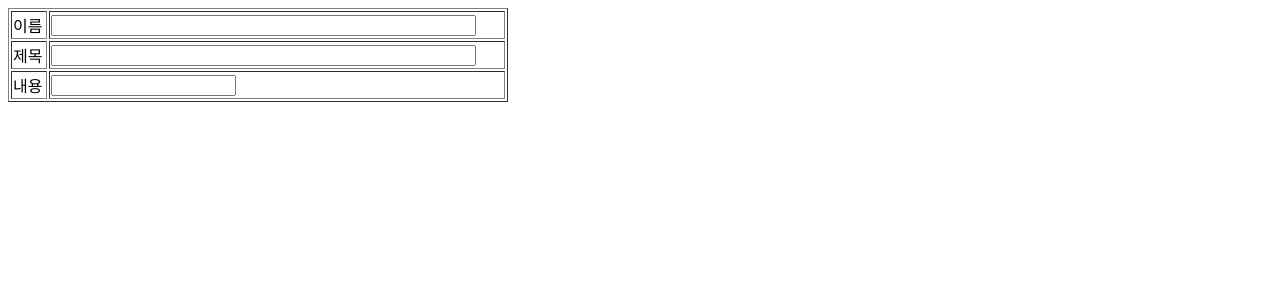
Repository: choogeonhwi/java-
Page: http://localhost/spring_mvc_board1/write_view
These files come from the project's save history. The page is drawn as it stood at one moment and after the next save; the edit follows.
The browser window is 1280 px wide. The pictures show the whole page.
The page is served by Tomcat 9. Other server files are loaded and not shown.

Above is the page before, as saved 2024-01-08 07:29:24.

### Spring/spring_mvc_board1/src/main/webapp/WEB-INF/views/write_view.jsp
<%@ page language="java" contentType="text/html; charset=UTF-8"
    pageEncoding="UTF-8"%>
<!DOCTYPE html>
<html>
<head>
<meta charset="UTF-8">
<title>Insert title here</title>
</head>
<body>
<table width="500" border="1">
<form method="post" action="write">
	<tr>
	<td>이름</td>
	<td> <input type="text" name="bname" size="50"> </td>

	</tr>
	<tr>
	<td>제목</td>
	<td> <input type="text" name="btitle" size="50"> </td>

	</tr>
	<tr>
	<td>내용</td>
	<td> <input rows="10" name="bcontent" > </td>

	</tr>
 </form>
</table>
</body>
</html>

After the next save:
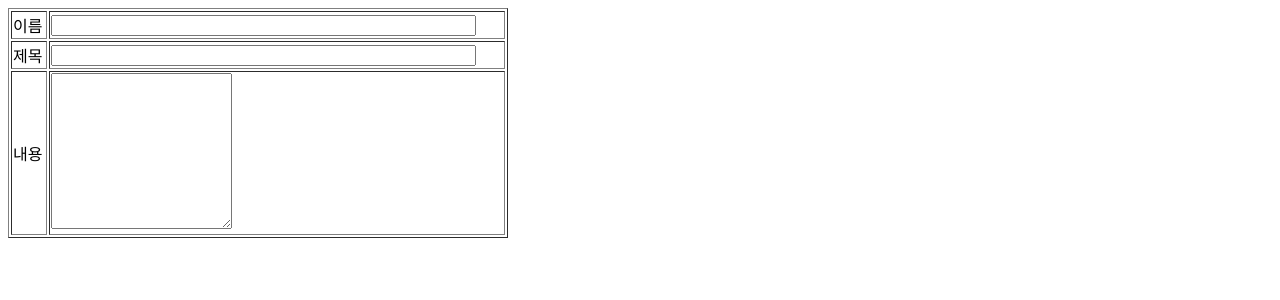
Saved 31 s later.
--- a/Spring/spring_mvc_board1/src/main/webapp/WEB-INF/views/write_view.jsp
+++ b/Spring/spring_mvc_board1/src/main/webapp/WEB-INF/views/write_view.jsp
@@ -21,7 +21,7 @@
 	</tr>
 	<tr>
 	<td>내용</td>
-	<td> <input rows="10" name="bcontent" > </td>
+	<td> <textarea rows="10" name="bcontent" > </textarea>
 
 	</tr>
  </form>
